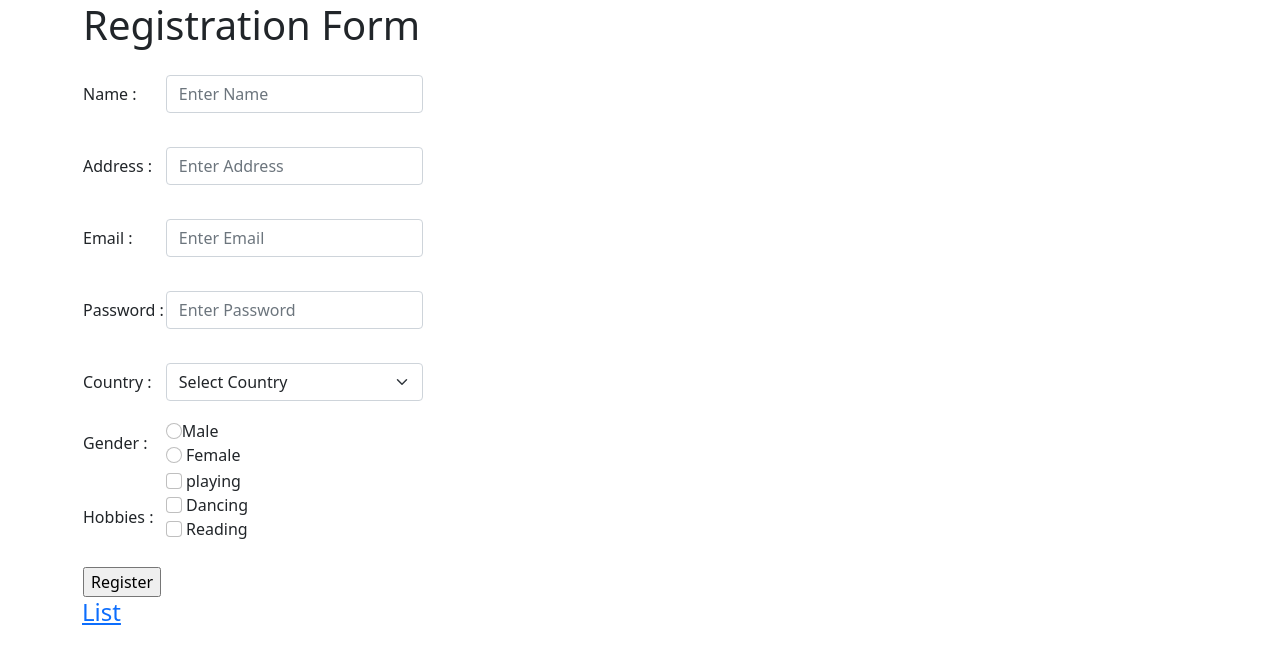
Repository: testuser85495/Java-Practical
Page: http://localhost/First_demo/
The author's editor kept a copy of each file at every save. The page is drawn from the files as they stood at one save, then again after the next save.
The browser window is 1280 px wide. The pictures show the whole page.
The page is served by Tomcat 9.

Above is the page before, as saved 2024-07-23 13:35:15.

After the next save:
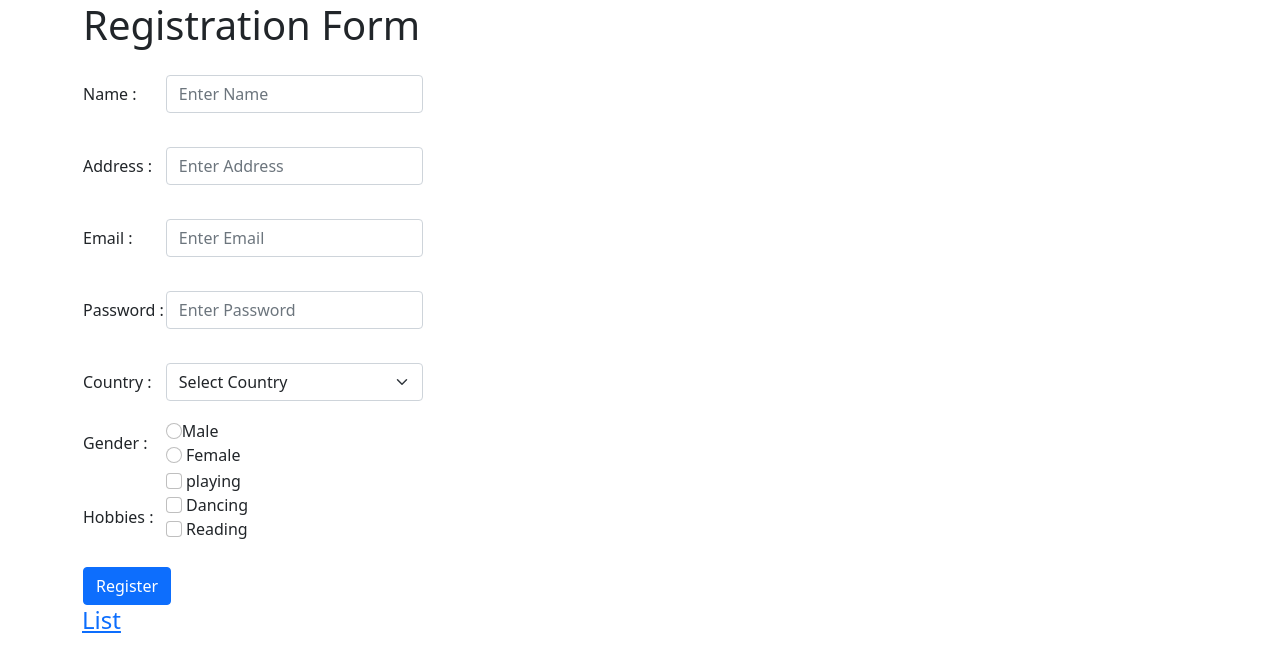
Saved 16 s later.
--- a/First_demo/src/main/webapp/index.jsp
+++ b/First_demo/src/main/webapp/index.jsp
@@ -96,7 +96,7 @@
 
 				<tr>
 					<td colspan="2"><input type="Submit" name="action"
-						value="Register" class="reg_submit" id="reg_submit" /></td>
+						value="Register" class="btn btn-primary reg_submit" id="reg_submit" /></td>
 				</tr>
 			</table>
 			<h4><a href="home.jsp">List</a></h4>
